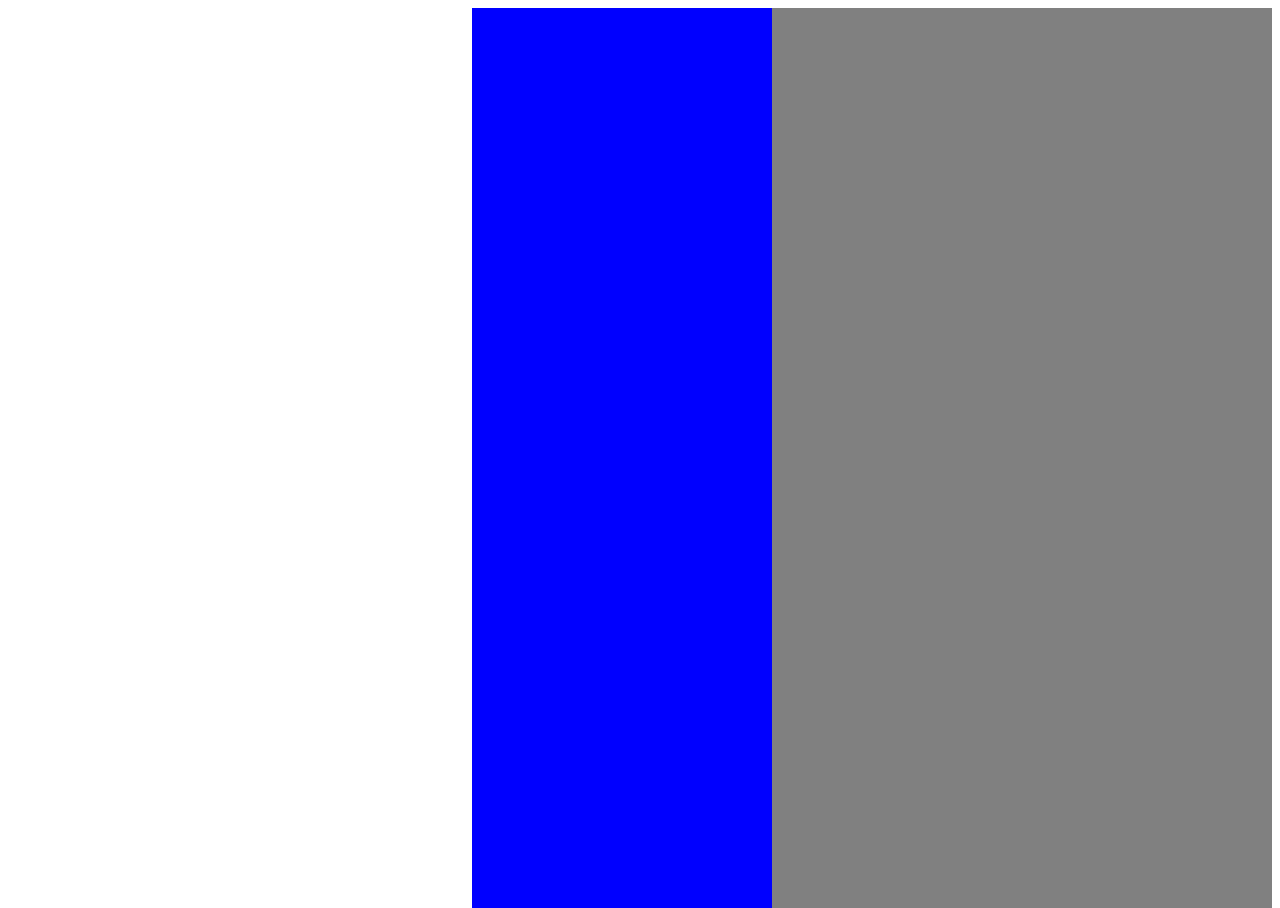
Repository: Tobby004/bdc-assignment-3
Page: task.html
The author's editor kept a copy of each file at every save. The page is drawn from the files as they stood at one save, then again after the next save.
The browser window is 1280 px wide. The pictures show the whole page.

Above is the page before, as saved 2023-02-21 02:16:45.

After the next save:
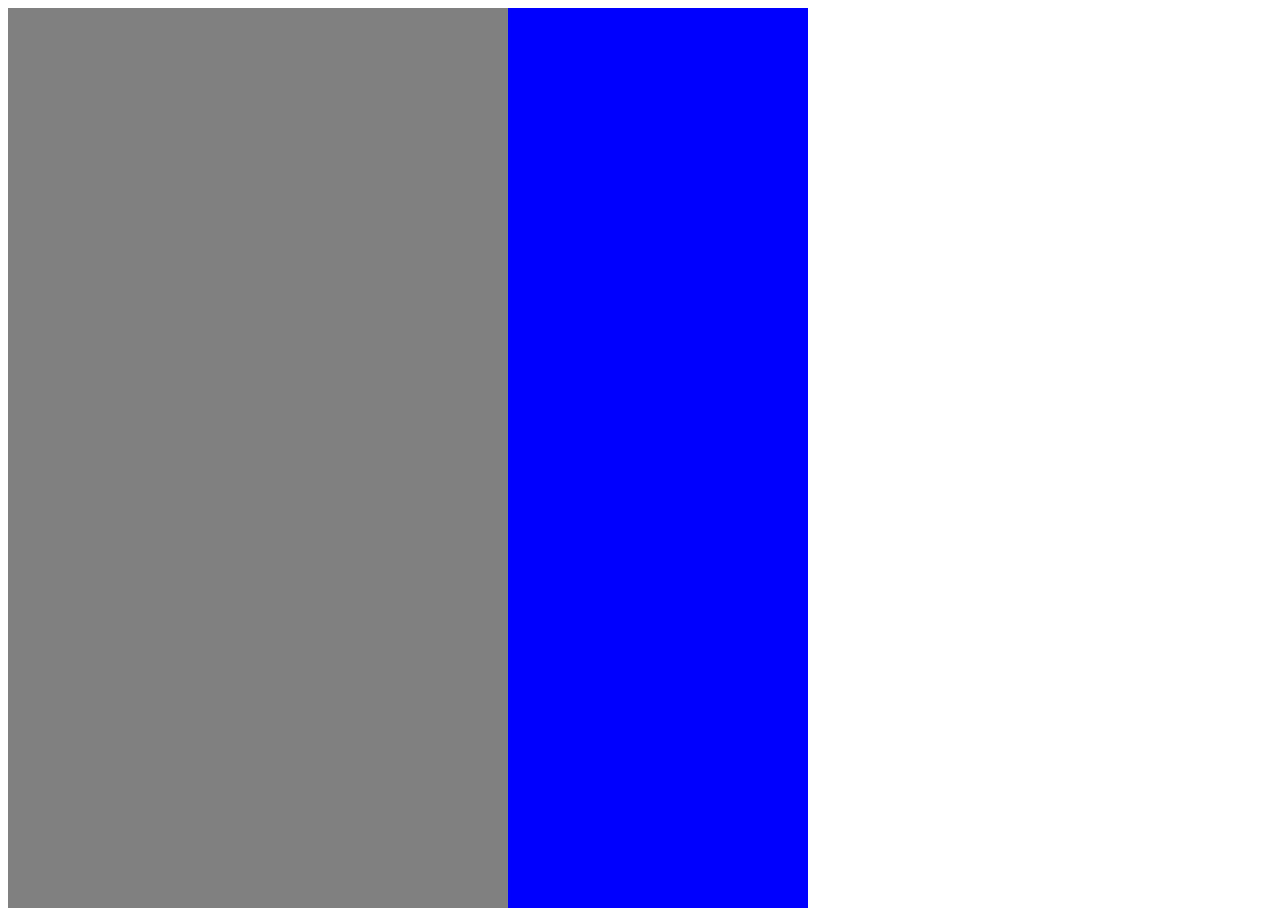
Saved 29 s later.
--- a/task.css
+++ b/task.css
@@ -9,7 +9,7 @@ box.container {
     border: 1px red;
 }
 .box1 {
-    float: right;
+    float: left;
      width: 500px;
      height: 900px;
      background-color: grey;
@@ -17,7 +17,7 @@ box.container {
      border-color: blue;
 }
 .box2 {
-    float: right;
+    float: left;
 width: 300px;
 height: 900px;
 background-color: blue;
